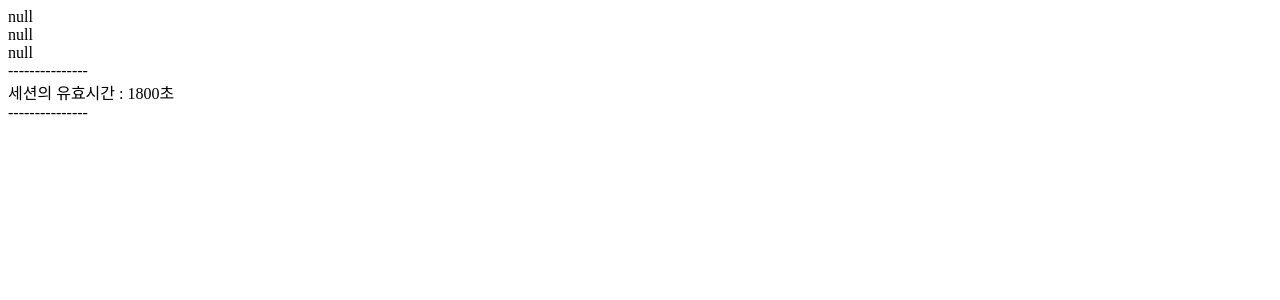
Repository: dev-leeJin/jsp-practice
Page: http://localhost/JSPBasic/JspObject/5.session/session_check.jsp
An editor plug-in stored every save of this project. The page is shown before and after the next save, followed by the edit.
The browser window is 1280 px wide. The pictures show the whole page.
The page is served by Tomcat 9.

Above is the page before, as saved 2022-02-08 01:06:56.

After the next save:
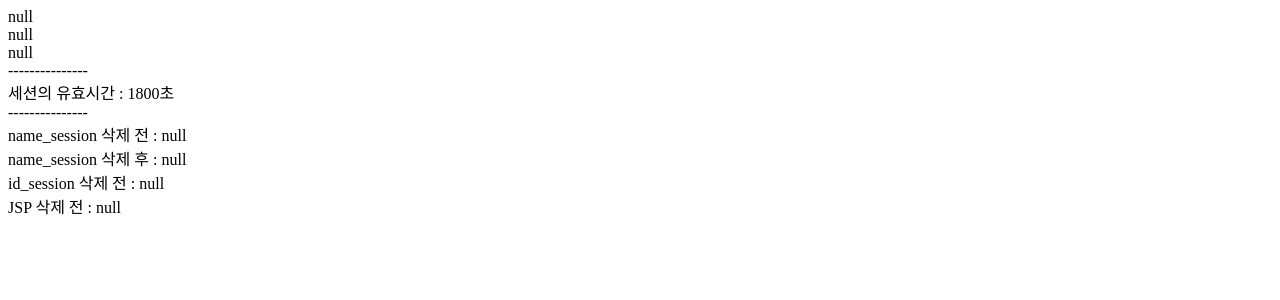
Saved 28 min 50 s later.
--- a/JSPBasic/src/main/webapp/JspObject/5.session/session_check.jsp
+++ b/JSPBasic/src/main/webapp/JspObject/5.session/session_check.jsp
@@ -25,6 +25,26 @@
 	out.println("세션의 유효시간 : "+ sTime + "초<br/>");
 	out.println("---------------"+"<br/>");
 
+	// 특정 세션 데이터만 삭제하기
+	userName = (String)session.getAttribute("name_session");
+	out.println("name_session 삭제 전 : " + userName + "<br/>");
+
+	// 특정한 세션만 삭제시는 .removeAttribute("세션이름"); 을 이용해 삭제합니다.
+	// name_session 삭제 후 삭제가 잘 되었는지 화면에 찍어서 확인까지 해 보세요.
+	session.removeAttribute("name_session");
+
+	userName = (String)session.getAttribute("name_session");
+	out.println("name_session 삭제 후 : " + userName + "<br/>");
+
+	// 세션 일괄적으로 삭제하기
+	userId = (String)session.getAttribute("id_session");
+	JSP = (String)session.getAttribute("JSP");
+	out.println("id_session 삭제 전 : " + userId + "<br/>");
+	out.println("JSP 삭제 전 : " + JSP + "<br/>");
+
+
+
+
 %>
 
 <!DOCTYPE html>
